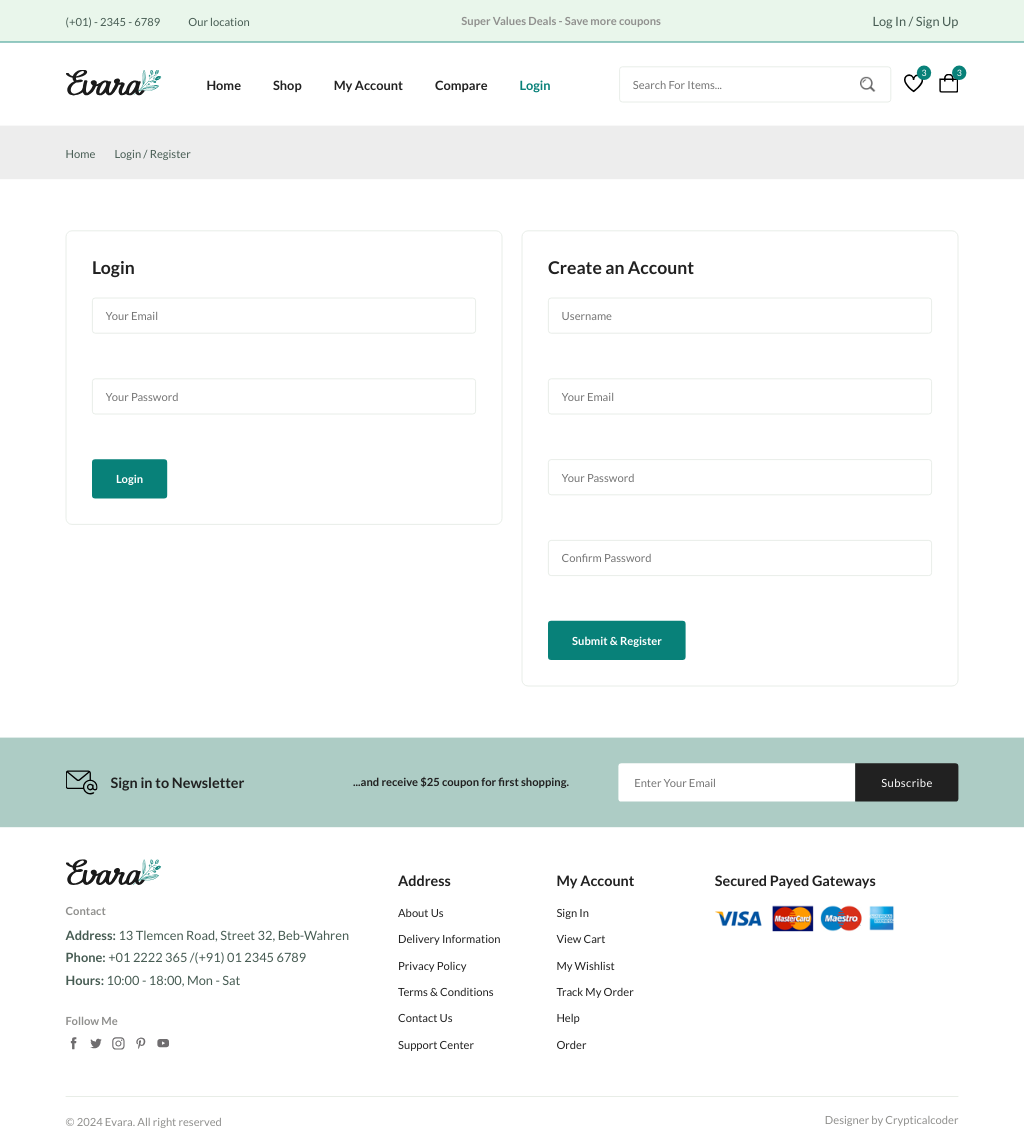
Repository: binhphanbp/evara-ecommerce
Page: login-register.html
An editor plug-in stored every save of this project. The page is shown before and after the next save, followed by the edit.
The browser window is 1280 px wide. The pictures show the whole page, at 80% of full size.

Above is the page before, as saved 2025-04-14 17:10:03.

### login-register.html
<!DOCTYPE html>
<html lang="en">
  <head>
    <meta charset="UTF-8" />
    <meta name="viewport" content="width=device-width, initial-scale=1.0" />

    <!--=============== FLATICON ===============-->
    <link
      rel="stylesheet"
      href="https://cdn-uicons.flaticon.com/2.0.0/uicons-regular-straight/css/uicons-regular-straight.css"
    />

    <!--=============== SWIPER CSS ===============-->
    <link
      rel="stylesheet"
      href="https://cdn.jsdelivr.net/npm/swiper@11/swiper-bundle.min.css"
    />

    <!--=============== CSS ===============-->
    <link rel="stylesheet" href="./assets/css/styles.css" />

    <title>Ecommerce Website</title>
  </head>
  <body>
    <!--=============== HEADER ===============-->
    <header class="header">
      <div class="header__top">
        <div class="header__container container">
          <div class="header__contact">
            <span>(+01) - 2345 - 6789</span>
            <span>Our location</span>
          </div>
          <p class="header__alert-news">
            Super Values Deals - Save more coupons
          </p>
          <a href="login-register.html" class="header__top-action">
            Log In / Sign Up
          </a>
        </div>
      </div>

      <nav class="nav container">
        <a href="index.html" class="nav__logo">
          <img
            class="nav__logo-img"
            src="assets/img/logo.svg"
            alt="website logo"
          />
        </a>
        <div class="nav__menu" id="nav-menu">
          <ul class="nav__list">
            <li class="nav__item">
              <a href="index.html" class="nav__link">Home</a>
            </li>
            <li class="nav__item">
              <a href="shop.html" class="nav__link">Shop</a>
            </li>
            <li class="nav__item">
              <a href="accounts.html" class="nav__link">My Account</a>
            </li>
            <li class="nav__item">
              <a href="compare.html" class="nav__link">Compare</a>
            </li>
            <li class="nav__item">
              <a href="login-register.html" class="nav__link active-link"
                >Login</a
              >
            </li>
          </ul>
          <div class="header__search">
            <input
              type="text"
              placeholder="Search For Items..."
              class="form__input"
            />
            <button class="search__btn">
              <img src="assets/img/search.png" alt="search icon" />
            </button>
          </div>
        </div>
        <div class="header__user-actions">
          <a href="wishlist.html" class="header__action-btn" title="Wishlist">
            <img src="assets/img/icon-heart.svg" alt="" />
            <span class="count">3</span>
          </a>
          <a href="cart.html" class="header__action-btn" title="Cart">
            <img src="assets/img/icon-cart.svg" alt="" />
            <span class="count">3</span>
          </a>
        </div>
      </nav>
    </header>

    <!--=============== MAIN ===============-->
    <main class="main">
      <!--=============== BREADCRUMB ===============-->
      <section class="breadcrumb">
        <ul class="breadcrumb__list flex container">
          <li><a href="index.html" class="breadcrumb__link">Home</a></li>
          <li><span class="breadcrumb__link"></span></li>
          <li><span class="breadcrumb__link">Login / Register</span></li>
        </ul>
      </section>

      <!--=============== LOGIN-REGISTER ===============-->
      <section class="login-register section--lg">
        <div class="login-register__container container grid">
          <div class="login">
            <h3 class="section__title">Login</h3>

            <!-- Form Login -->
            <form id="loginForm" class="form grid">
              <input
                type="text"
                id="loginEmail"
                placeholder="Your Email"
                class="form__input"
              />
              <span id="loginEmailError" class="error"></span>
              <input
                type="password"
                id="loginPassword"
                placeholder="Your Password"
                class="form__input"
              />
              <span id="loginPasswordError" class="error"></span>
              <div class="form__btn">
                <button class="btn" type="submit">Login</button>
              </div>
            </form>
          </div>
          <div class="register">
            <h3 class="section__title">Create an Account</h3>

            <!-- Form Register -->
            <form id="registerForm" class="form grid">
              <input
                type="text"
                id="regUsername"
                placeholder="Username"
                class="form__input"
              />
              <span id="regUsernameError" class="error"></span>
              <input
                type="text"
                id="regEmail"
                placeholder="Your Email"
                class="form__input"
              />
              <span id="regEmailError" class="error"></span>
              <input
                type="password"
                id="regPassword"
                placeholder="Your Password"
                class="form__input"
              />
              <span id="regPasswordError" class="error"></span>
              <input
                type="password"
                id="regConfirmPassword"
                placeholder="Confirm Password"
                class="form__input"
              />
              <span id="regConfirmPasswordError" class="error"></span>
              <div class="form__btn">
                <button class="btn" type="submit">Submit &amp; Register</button>
              </div>
            </form>
          </div>
        </div>
      </section>

      <!--=============== NEWSLETTER ===============-->
      <section class="newsletter section">
        <div class="newsletter__container container grid">
          <h3 class="newsletter__title flex">
            <img
              src="./assets/img/icon-email.svg"
              alt=""
              class="newsletter__icon"
            />
            Sign in to Newsletter
          </h3>
          <p class="newsletter__description">
            ...and receive $25 coupon for first shopping.
          </p>
          <form action="" class="newsletter__form">
            <input
              type="text"
              placeholder="Enter Your Email"
              class="newsletter__input"
            />
            <button type="submit" class="newsletter__btn">Subscribe</button>
          </form>
        </div>
      </section>
    </main>

    <!--=============== FOOTER ===============-->
    <footer class="footer container">
      <div class="footer__container grid">
        <div class="footer__content">
          <a href="index.html" class="footer__logo">
            <img src="./assets/img/logo.svg" alt="" class="footer__logo-img" />
          </a>
          <h4 class="footer__subtitle">Contact</h4>
          <p class="footer__description">
            <span>Address:</span> 13 Tlemcen Road, Street 32, Beb-Wahren
          </p>
          <p class="footer__description">
            <span>Phone:</span> +01 2222 365 /(+91) 01 2345 6789
          </p>
          <p class="footer__description">
            <span>Hours:</span> 10:00 - 18:00, Mon - Sat
          </p>
          <div class="footer__social">
            <h4 class="footer__subtitle">Follow Me</h4>
            <div class="footer__links flex">
              <a href="#">
                <img
                  src="./assets/img/icon-facebook.svg"
                  alt=""
                  class="footer__social-icon"
                />
              </a>
              <a href="#">
                <img
                  src="./assets/img/icon-twitter.svg"
                  alt=""
                  class="footer__social-icon"
                />
              </a>
              <a href="#">
                <img
                  src="./assets/img/icon-instagram.svg"
                  alt=""
                  class="footer__social-icon"
                />
              </a>
              <a href="#">
                <img
                  src="./assets/img/icon-pinterest.svg"
                  alt=""
                  class="footer__social-icon"
                />
              </a>
              <a href="#">
                <img
                  src="./assets/img/icon-youtube.svg"
                  alt=""
                  class="footer__social-icon"
                />
              </a>
            </div>
          </div>
        </div>
        <div class="footer__content">
          <h3 class="footer__title">Address</h3>
          <ul class="footer__links">
            <li><a href="#" class="footer__link">About Us</a></li>
            <li><a href="#" class="footer__link">Delivery Information</a></li>
            <li><a href="#" class="footer__link">Privacy Policy</a></li>
            <li><a href="#" class="footer__link">Terms &amp; Conditions</a></li>
            <li><a href="#" class="footer__link">Contact Us</a></li>
            <li><a href="#" class="footer__link">Support Center</a></li>
          </ul>
        </div>
        <div class="footer__content">
          <h3 class="footer__title">My Account</h3>
          <ul class="footer__links">
            <li><a href="#" class="footer__link">Sign In</a></li>
            <li><a href="#" class="footer__link">View Cart</a></li>
            <li><a href="#" class="footer__link">My Wishlist</a></li>
            <li><a href="#" class="footer__link">Track My Order</a></li>
            <li><a href="#" class="footer__link">Help</a></li>
            <li><a href="#" class="footer__link">Order</a></li>
          </ul>
        </div>
        <div class="footer__content">
          <h3 class="footer__title">Secured Payed Gateways</h3>
          <img
            src="./assets/img/payment-method.png"
            alt=""
            class="payment__img"
          />
        </div>
      </div>
      <div class="footer__bottom">
        <p class="copyright">&copy; 2024 Evara. All right reserved</p>
        <span class="designer">Designer by Crypticalcoder</span>
      </div>
    </footer>

    <!--=============== SWIPER JS ===============-->
    <script src="https://cdn.jsdelivr.net/npm/swiper@11/swiper-bundle.min.js"></script>

    <!--=============== MAIN JS ===============-->
    <script src="./assets/js/main.js"></script>
  </body>
</html>

Loaded but not shown: assets/js/main.js (249 lines, source omitted); assets/css/styles.css (2127 lines, source omitted)

After the next save:
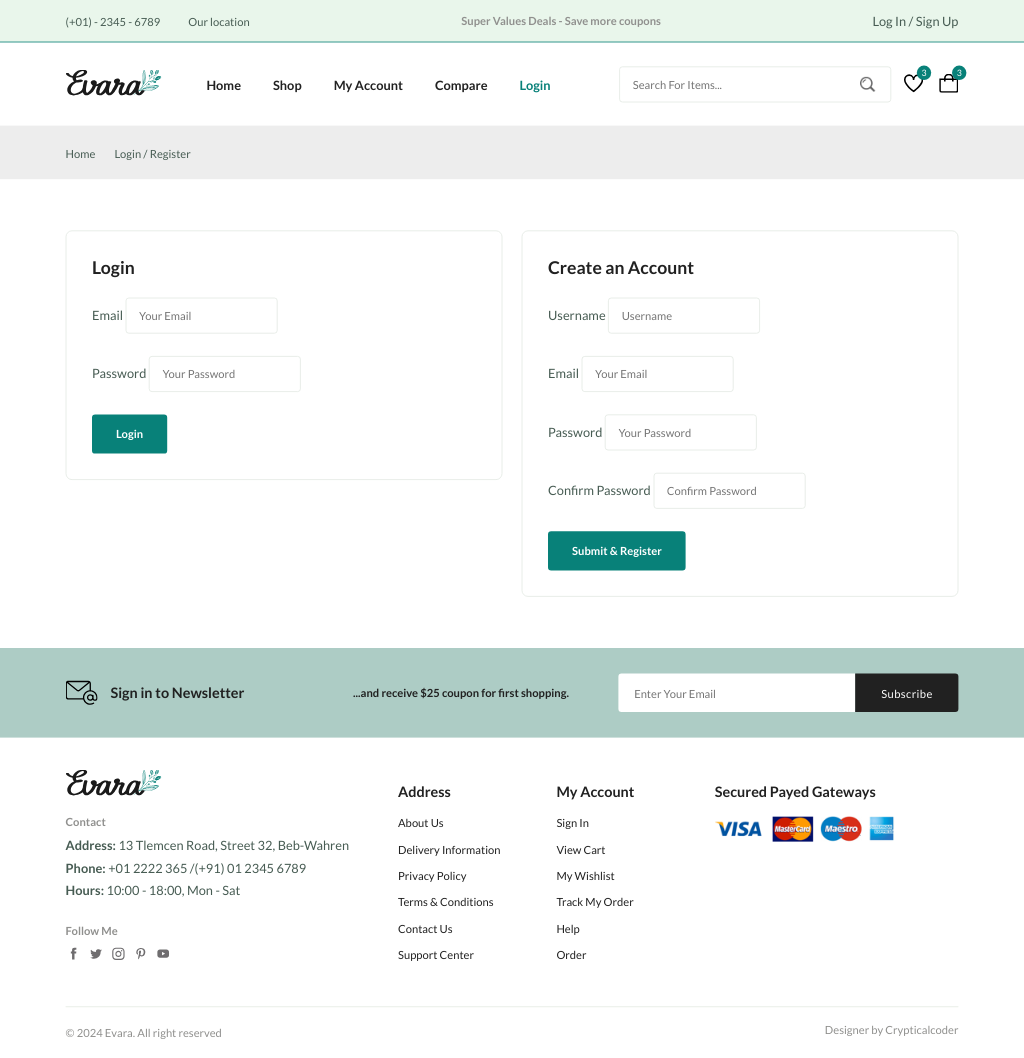
Saved 11 s later.
--- a/login-register.html
+++ b/login-register.html
@@ -110,20 +110,26 @@
 
             <!-- Form Login -->
             <form id="loginForm" class="form grid">
-              <input
-                type="text"
-                id="loginEmail"
-                placeholder="Your Email"
-                class="form__input"
-              />
-              <span id="loginEmailError" class="error"></span>
-              <input
-                type="password"
-                id="loginPassword"
-                placeholder="Your Password"
-                class="form__input"
-              />
-              <span id="loginPasswordError" class="error"></span>
+              <div class="form-group">
+                <label for="loginEmail">Email</label>
+                <input
+                  type="text"
+                  id="loginEmail"
+                  placeholder="Your Email"
+                  class="form__input"
+                />
+                <span id="loginEmailError" class="error"></span>
+              </div>
+              <div class="form-group">
+                <label for="loginPassword">Password</label>
+                <input
+                  type="password"
+                  id="loginPassword"
+                  placeholder="Your Password"
+                  class="form__input"
+                />
+                <span id="loginPasswordError" class="error"></span>
+              </div>
               <div class="form__btn">
                 <button class="btn" type="submit">Login</button>
               </div>
@@ -134,34 +140,46 @@
 
             <!-- Form Register -->
             <form id="registerForm" class="form grid">
-              <input
-                type="text"
-                id="regUsername"
-                placeholder="Username"
-                class="form__input"
-              />
-              <span id="regUsernameError" class="error"></span>
-              <input
-                type="text"
-                id="regEmail"
-                placeholder="Your Email"
-                class="form__input"
-              />
-              <span id="regEmailError" class="error"></span>
-              <input
-                type="password"
-                id="regPassword"
-                placeholder="Your Password"
-                class="form__input"
-              />
-              <span id="regPasswordError" class="error"></span>
-              <input
-                type="password"
-                id="regConfirmPassword"
-                placeholder="Confirm Password"
-                class="form__input"
-              />
-              <span id="regConfirmPasswordError" class="error"></span>
+              <div class="form-group">
+                <label for="regUsername">Username</label>
+                <input
+                  type="text"
+                  id="regUsername"
+                  placeholder="Username"
+                  class="form__input"
+                />
+                <span id="regUsernameError" class="error"></span>
+              </div>
+              <div class="form-group">
+                <label for="regEmail">Email</label>
+                <input
+                  type="text"
+                  id="regEmail"
+                  placeholder="Your Email"
+                  class="form__input"
+                />
+                <span id="regEmailError" class="error"></span>
+              </div>
+              <div class="form-group">
+                <label for="regPassword">Password</label>
+                <input
+                  type="password"
+                  id="regPassword"
+                  placeholder="Your Password"
+                  class="form__input"
+                />
+                <span id="regPasswordError" class="error"></span>
+              </div>
+              <div class="form-group">
+                <label for="regConfirmPassword">Confirm Password</label>
+                <input
+                  type="password"
+                  id="regConfirmPassword"
+                  placeholder="Confirm Password"
+                  class="form__input"
+                />
+                <span id="regConfirmPasswordError" class="error"></span>
+              </div>
               <div class="form__btn">
                 <button class="btn" type="submit">Submit &amp; Register</button>
               </div>
